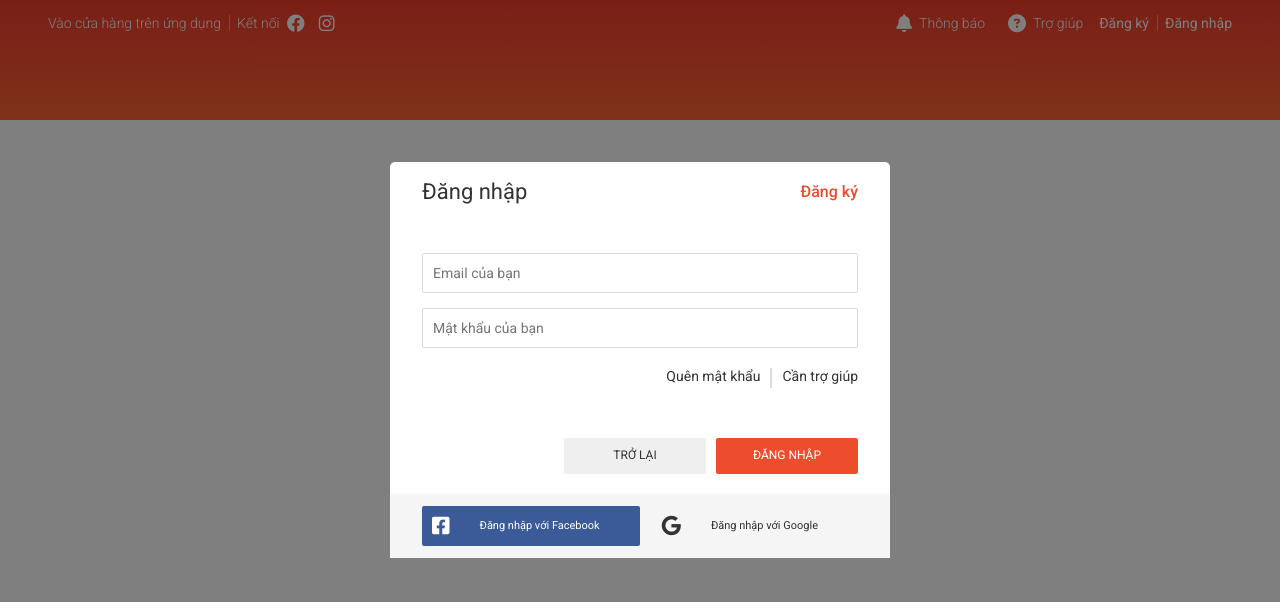
Repository: dptuyen1/F8-Tutorial
Page: index.html
An editor plug-in stored every save of this project. The page is shown before and after the next save, followed by the edit.
The browser window is 1280 px wide. The pictures show the whole page.

Above is the page before, as saved 2023-05-08 18:34:46.

After the next save:
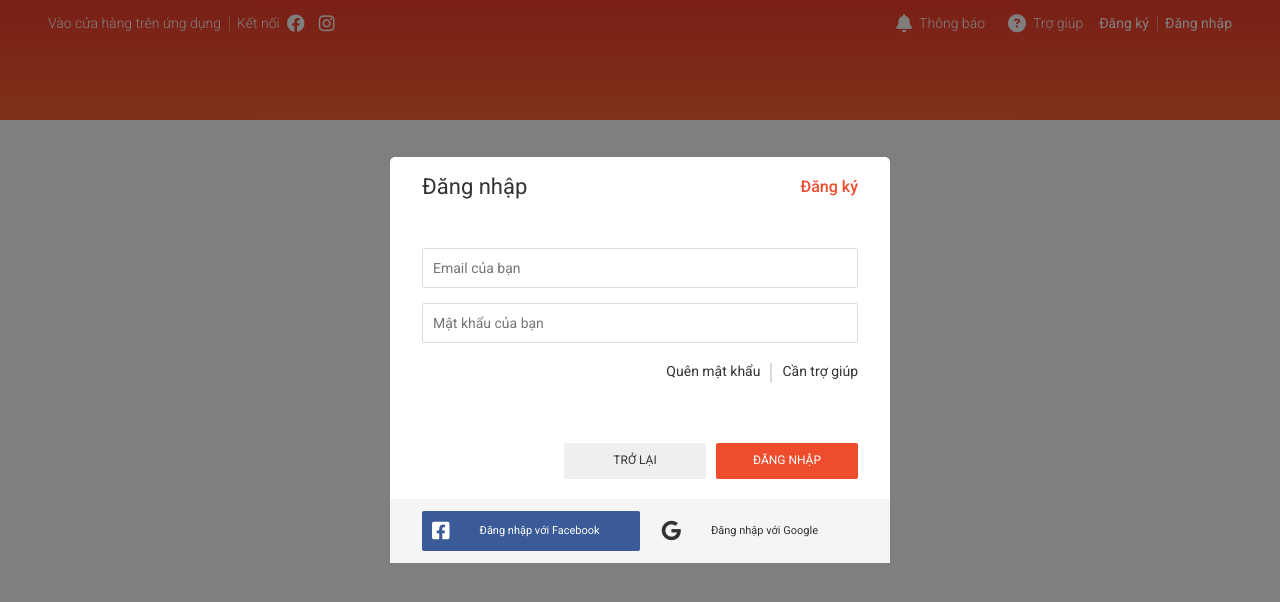
Saved 51 s later.
--- a/assets/css/main.css
+++ b/assets/css/main.css
@@ -342,5 +342,5 @@
   display: block;
   height: 2rem;
   border: 1px solid var(--border-color);
-  margin: 0 10px;
-}
+  margin: 0 10px 10px;
+}

After the 2 saves that followed:
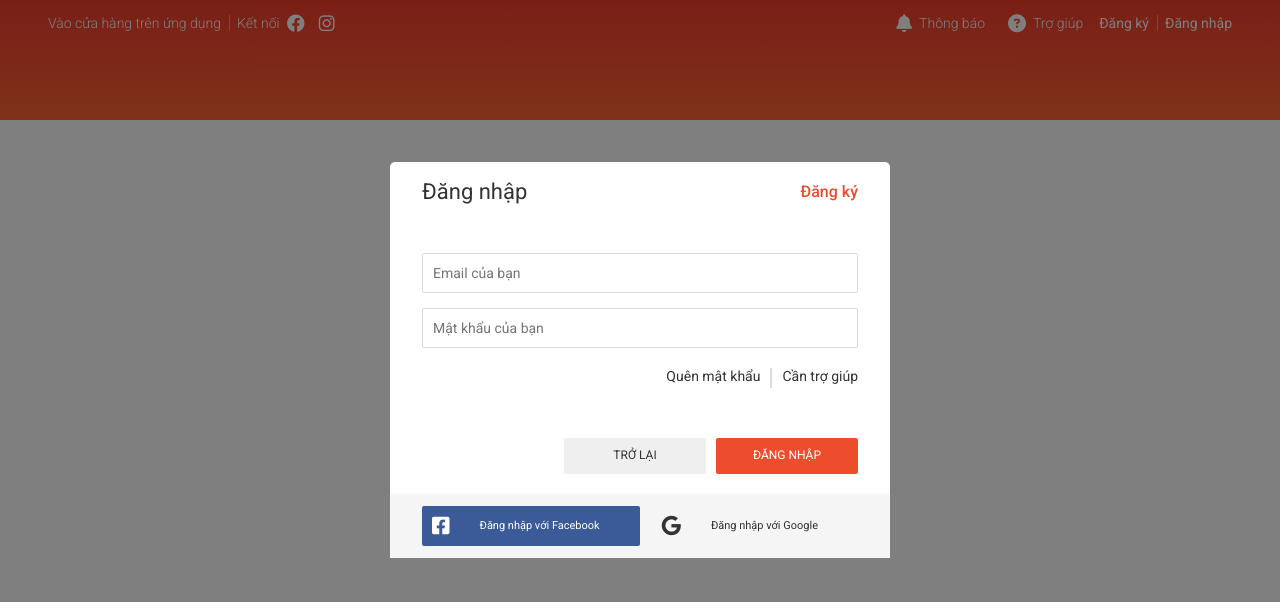
The 2 saves are shown as one change because they came seconds apart.
The last was saved 11 s later.
--- a/assets/css/main.css
+++ b/assets/css/main.css
@@ -342,5 +342,5 @@
   display: block;
   height: 2rem;
   border: 1px solid var(--border-color);
-  margin: 0 10px 10px;
-}
+  margin: 0 10px;
+}
